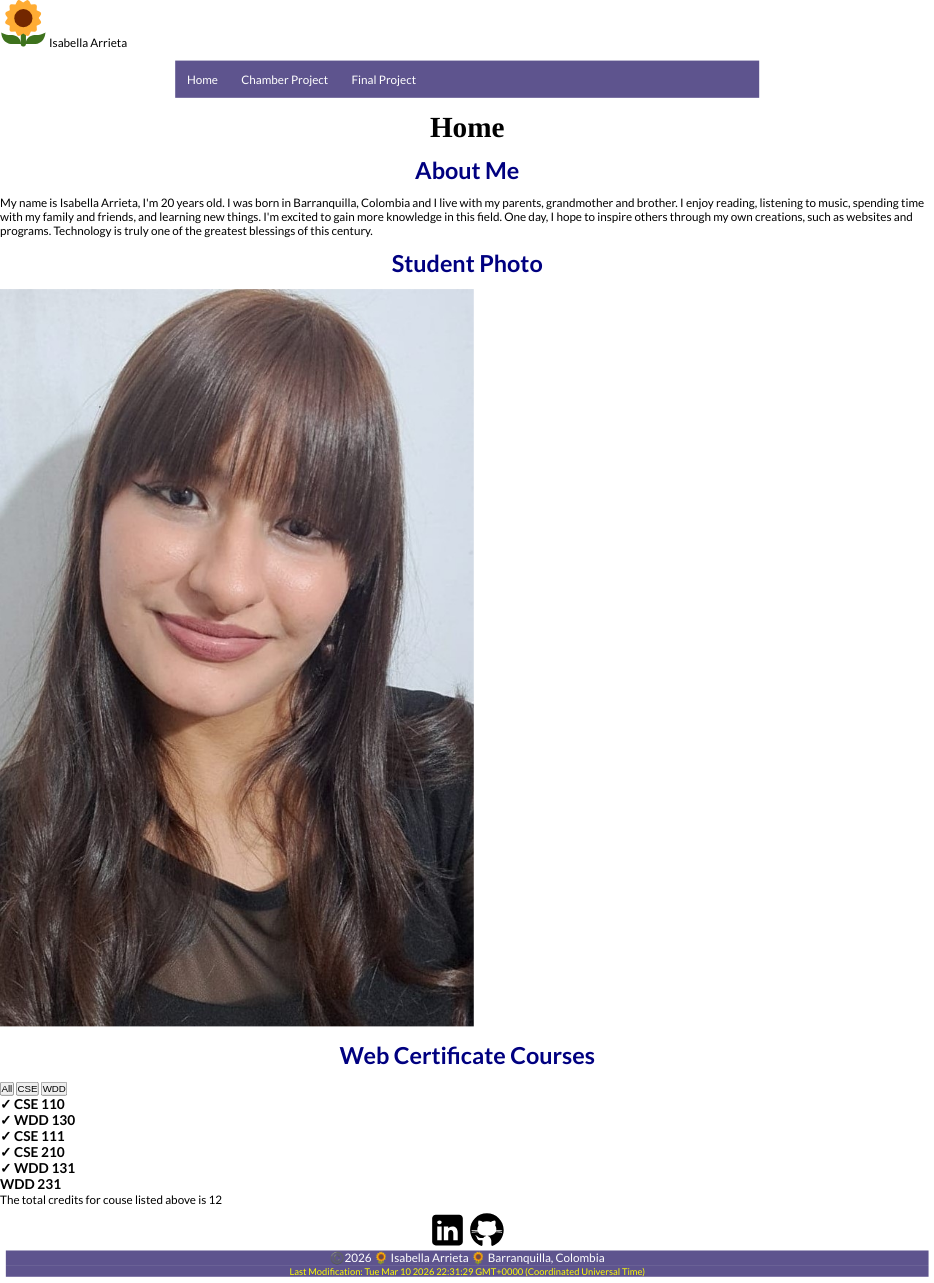
Repository: isaAJ05/wdd231
Page: index.html
These files come from the project's save history. The page is drawn as it stood at one moment and after the next save; the edit follows.
The browser window is 1280 px wide. The pictures show the whole page, at 73% of full size.
Some web fonts or font styles are not loaded; a fallback is used.

Above is the page before, as saved 2026-03-10 23:24:29.

### index.html
<!DOCTYPE html>
<html lang="en">
<head>
    <meta charset="UTF-8">
    <meta name="viewport" content="width=device-width, initial-scale=1.0">
    <title>WDD 231 – Web Frontend Development I – Isabella Arrieta</title>
    <meta name="description" content="WDD 231 – Web Frontend Development I Isabella Arrieta, This is a page about me">
    <meta name="author" content="Isabella Arrieta">
    <link rel="stylesheet" href="styles/normalize.css">
    <link rel="preconnect" href="https://fonts.googleapis.com">
    <link rel="preconnect" href="https://fonts.gstatic.com" crossorigin>
    <link href="https://fonts.googleapis.com/css2?family=Lato:ital,wght@0,100;0,300;0,400;0,700;0,900;1,100;1,300;1,400;1,700;1,900&family=Open+Sans:ital,wght@0,300..800;1,300..800&family=Play:wght@400;700&family=Raleway:ital,wght@0,100..900;1,100..900&display=swap" rel="stylesheet">
    <script src="scripts/getdates.js" defer></script>
    <script src="scripts/hamburguer.js" defer></script>
    <script src="scripts/courses.js" defer></script>
</head>
<body>
    <header>
        <div class="title">
            <img src="images/sunflower-svgrepo-com.svg" alt="Isabella Arrieta logo">
            <span>Isabella Arrieta</span>
        </div>
        <button id="menu" aria-label="Open menu"></button>
        <nav>
            <ul class="navigation">
			<li><a href="index.html">Home</a></li>
			<li><a href="#" class="chamber">Chamber Project</a></li>
			<li><a href="#" class="final">Final Project</a></li>
		</ul>
        </nav>
    </header>
    <main>
        <h1>Home</h1>
        <section class="card">
            <div class="rectangle">
                <h2>About Me</h2>
            </div>
            <div class="presentation">
            <p>My name is Isabella Arrieta, I'm 20 years old. I was born in Barranquilla, Colombia and I live with my parents, grandmother and brother. I enjoy reading, listening to music, spending time with my family and friends, and learning new things. I'm excited to gain more knowledge in this field. One day, I hope to inspire others through my own creations, such as websites and programs. Technology is truly one of the greatest blessings of this century.</p>
            </div>
            </section>

        <section class="card">
            <div class="rectangle">
                <h2>Student Photo</h2>
            </div>
            <img src ="images/isa.jpg" alt="Isabella Arrieta picture">
            </section>

        <section class="card">
            <div class="rectangle">
                <h2>Web Certificate Courses</h2>
            </div>
               <div class="course-buttons">
                <button id="all">All</button>
                <button id="cse">CSE</button>
                <button id="wdd">WDD</button>
            </div>

            <div id="courses"></div>

            <p>The total credits for couse listed above is <span id="totalCredits"></span></p>

        </section>
    </main>
    <footer>
        <div class ="icons">
                <a href="https://www.linkedin.com/in/isabella-arrieta/" target="_blank"><img src="images/icons8-linkedin.svg" alt="LinkedIn icon"></a>
                <a href="https://github.com/isaaj05" target="_blank"><img src="images/icons8-github.svg" alt="GitHub icon"></a>
        </div>
        <p>
            ©️<span id="currentyear"></span> 🌻 Isabella Arrieta 🌻 Barranquilla, Colombia
        </p>
        <p class="last-modified">
            <span id="lastModified"></span>
        </p>
    </footer>

</body>
</html>

### styles/normalize.css
:root {
    --primary-color: #231942;
    --secondary-color: #5e548e;
    --font: "Lato", sans-serif;
}
* {
	margin: 0;
	padding: 0;
	box-sizing: border-box;
}
body{
	font-family: var(--font);
}
h1 {
	text-align: left;
	font-family: times, serif;
	font-size: 1.5rem;
	margin-left: 1rem;
}

h2 {
		font-size: 1.2rem;
		color: navy;
		text-align: left;
		margin: 1rem;
	}
header {
    position: relative;

}
nav {
	max-width: 800px;
	margin: 1rem auto;
}

/* small view navigation */
#menu {
	font-size: 1.5rem;
	border: 0;
	background: none;
	color: #000;
 	position: absolute;
  top: 1rem;
	right: 1rem;
}

#menu::before {
	content: "☰";
}

#menu.open::before {
	content: "✖️";
}

.navigation {
	display: flex;
	flex-direction: column;
	list-style: none;
	background-color: var(--secondary-color);
	color: #fff;
}

.navigation a {
	display: none;
	padding: 1rem;
	text-align: center;
	text-decoration: none;
	color: #fff;
}
.navigation a:hover {
	background-color: #bbb;
	color: #333;
	font-weight: 700;
}

/* when the button is clicked - the open class is toggled (added/removed) */
.open a {
	display: block;
}

.active::before {
	content: "📍";  /* just a wayfinding symbol for the user */
}

.stuff {
	margin: .5rem;
	border: 1px solid rgb(0 0 0 / .1);
	background-color: #bed;
	max-width: 580px;
	height: 100vh;

}
footer {
    color:  #fff;
    text-align: center;
    padding: 8px;
}
footer p {
    background: var(--secondary-color);
}
.last-modified {
    font-size: 0.8rem;
    color: yellow;
}

/* large view navigation ************************************/
@media (min-width: 37.5em) {
	h1 {
		font-size: 2.5rem;
		margin-left: 0;
		text-align: center;
	}

	h2 {
		font-size: 2rem;
		text-align: center;
	}

	#menu {
		display: none; /* hide hamburger button */
	}

	.navigation {
		flex-direction: row;
	}

	.navigation a {
		display: block;
		flex: 1 1 100%;
	}

	.stuff {
		margin: 1rem auto;
	}
}

### scripts/getdates.js
const year = document.querySelector("#currentyear");
const today = new Date();
year.innerHTML = `<span class="highlight">${today.getFullYear()}</span>`;
const lastMod = document.querySelector("#lastModified");
let oLastModif = new Date(document.lastModified);
lastMod.innerHTML = `Last Modification: <span class="highlight">${oLastModif}</span>`;

### scripts/hamburguer.js
const hamButton = document.querySelector('#menu');
const navigation = document.querySelector('.navigation');
const title = document.querySelector('.title');

hamButton.addEventListener('click', () => {
	navigation.classList.toggle('open');
    hamButton.classList.toggle('open');
    title.classList.toggle('open');
});

### scripts/courses.js
// here we select the elements we need to interact with
const courseContainer = document.querySelector("#courses"); // container for the course cards
const totalCredits = document.querySelector("#totalCredits"); // element to display total credits
// buttons to filter courses
const allBtn = document.querySelector("#all");
const cseBtn = document.querySelector("#cse");
const wddBtn = document.querySelector("#wdd");
// array given by the university with all the courses in the web certificate program
const courses = [
    {
        subject: 'CSE',
        number: 110,
        title: 'Introduction to Programming',
        credits: 2,
        certificate: 'Web and Computer Programming',
        description: 'This course will introduce students to programming. It will introduce the building blocks of programming languages (variables, decisions, calculations, loops, array, and input/output) and use them to solve problems.',
        technology: [
            'Python'
        ],
        completed: true
    },
    {
        subject: 'WDD',
        number: 130,
        title: 'Web Fundamentals',
        credits: 2,
        certificate: 'Web and Computer Programming',
        description: 'This course introduces students to the World Wide Web and to careers in web site design and development. The course is hands on with students actually participating in simple web designs and programming. It is anticipated that students who complete this course will understand the fields of web design and development and will have a good idea if they want to pursue this degree as a major.',
        technology: [
            'HTML',
            'CSS'
        ],
        completed: true
    },
    {
        subject: 'CSE',
        number: 111,
        title: 'Programming with Functions',
        credits: 2,
        certificate: 'Web and Computer Programming',
        description: 'CSE 111 students become more organized, efficient, and powerful computer programmers by learning to research and call functions written by others; to write, call , debug, and test their own functions; and to handle errors within functions. CSE 111 students write programs with functions to solve problems in many disciplines, including business, physical science, human performance, and humanities.',
        technology: [
            'Python'
        ],
        completed: true
    },
    {
        subject: 'CSE',
        number: 210,
        title: 'Programming with Classes',
        credits: 2,
        certificate: 'Web and Computer Programming',
        description: 'This course will introduce the notion of classes and objects. It will present encapsulation at a conceptual level. It will also work with inheritance and polymorphism.',
        technology: [
            'C#'
        ],
        completed: true
    },
    {
        subject: 'WDD',
        number: 131,
        title: 'Dynamic Web Fundamentals',
        credits: 2,
        certificate: 'Web and Computer Programming',
        description: 'This course builds on prior experience in Web Fundamentals and programming. Students will learn to create dynamic websites that use JavaScript to respond to events, update content, and create responsive user experiences.',
        technology: [
            'HTML',
            'CSS',
            'JavaScript'
        ],
        completed: true
    },
    {
        subject: 'WDD',
        number: 231,
        title: 'Frontend Web Development I',
        credits: 2,
        certificate: 'Web and Computer Programming',
        description: 'This course builds on prior experience with Dynamic Web Fundamentals and programming. Students will focus on user experience, accessibility, compliance, performance optimization, and basic API usage.',
        technology: [
            'HTML',
            'CSS',
            'JavaScript'
        ],
        completed: false
    }
]
// function to display the courses on the page
function displayCourses(courseList) {
    courseContainer.innerHTML = ""; // clear the container before adding new courses

    courseList.forEach(course => {
        const card = document.createElement("div"); // create a card for each course
        card.classList.add("course-card");

        if (course.completed) {
            card.classList.add("completed");// add a class to indicate the course is completed
        }

        card.innerHTML = `
            <h3>${course.completed ? '✓' : ''} ${course.subject} ${course.number}</h3>
        `;

        courseContainer.appendChild(card); // add the card to the container
    });

    calculateCredits(courseList);
}
function calculateCredits(courseList) {
    const total = courseList.reduce((sum, course) => sum + course.credits, 0); // calculate the total credits by summing the credits of all courses in the list
    totalCredits.textContent = total;
}

allBtn.addEventListener("click", () => {
    displayCourses(courses);
});

cseBtn.addEventListener("click", () => {
    const cseCourses = courses.filter(course => course.subject === "CSE");
    displayCourses(cseCourses);
});

wddBtn.addEventListener("click", () => {
    const wddCourses = courses.filter(course => course.subject === "WDD");
    displayCourses(wddCourses);
});

displayCourses(courses);

After the next save:
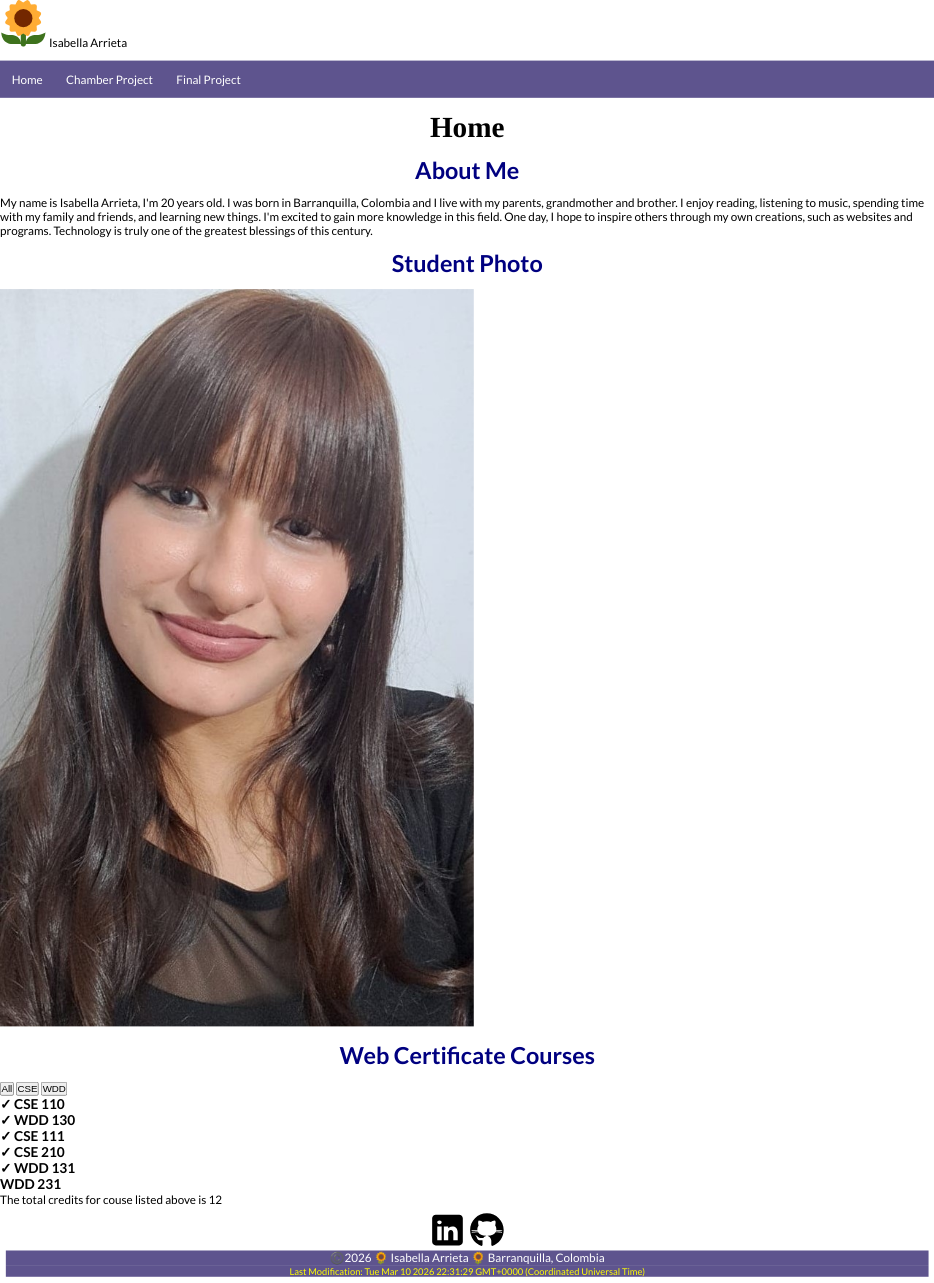
Saved 4 s later.
--- a/styles/normalize.css
+++ b/styles/normalize.css
@@ -29,7 +29,6 @@ header {
 
 }
 nav {
-	max-width: 800px;
 	margin: 1rem auto;
 }
 
